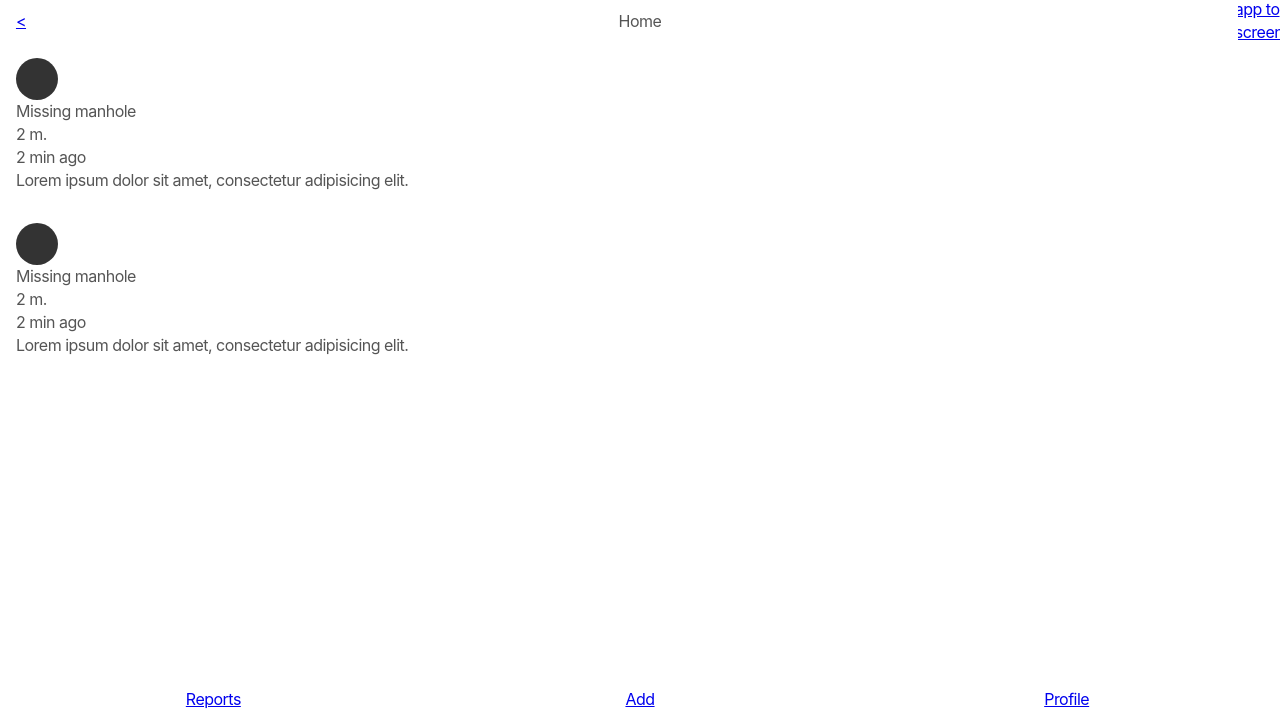
Repository: aleksandrenko/html-css-playground
Page: reports.html
The author's editor kept a copy of each file at every save. The page is drawn from the files as they stood at one save, then again after a run of saves.
The browser window is 1280 px wide. The pictures show the whole page.

Above is the page before, as saved 2018-01-19 16:59:58.

After the next 2 saves:
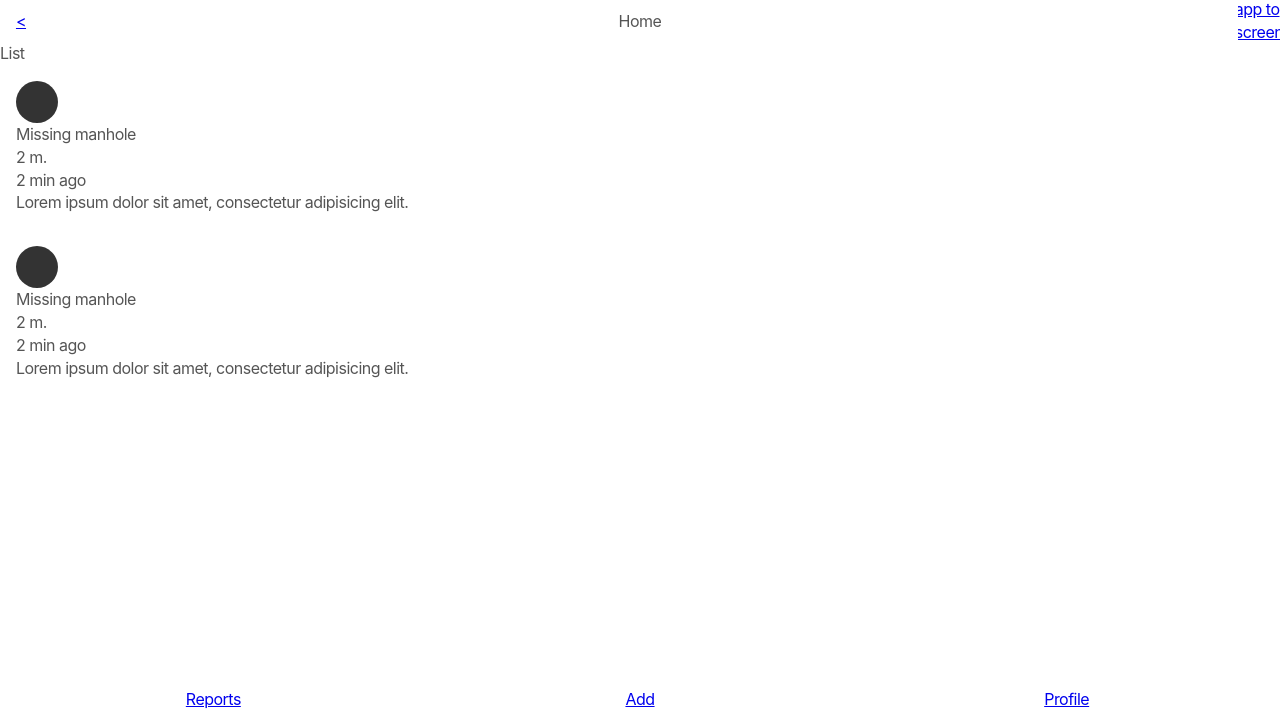
The 2 saves are shown as one change because they came seconds apart.
The last was saved 12 s later.
--- a/reports.html
+++ b/reports.html
@@ -27,7 +27,9 @@
     </right>
   </header>
   <sub-header>
-
+    <tabs>
+      <tab>List</tab>
+    </tabs>
   </sub-header>
   <main>
     <reports>
